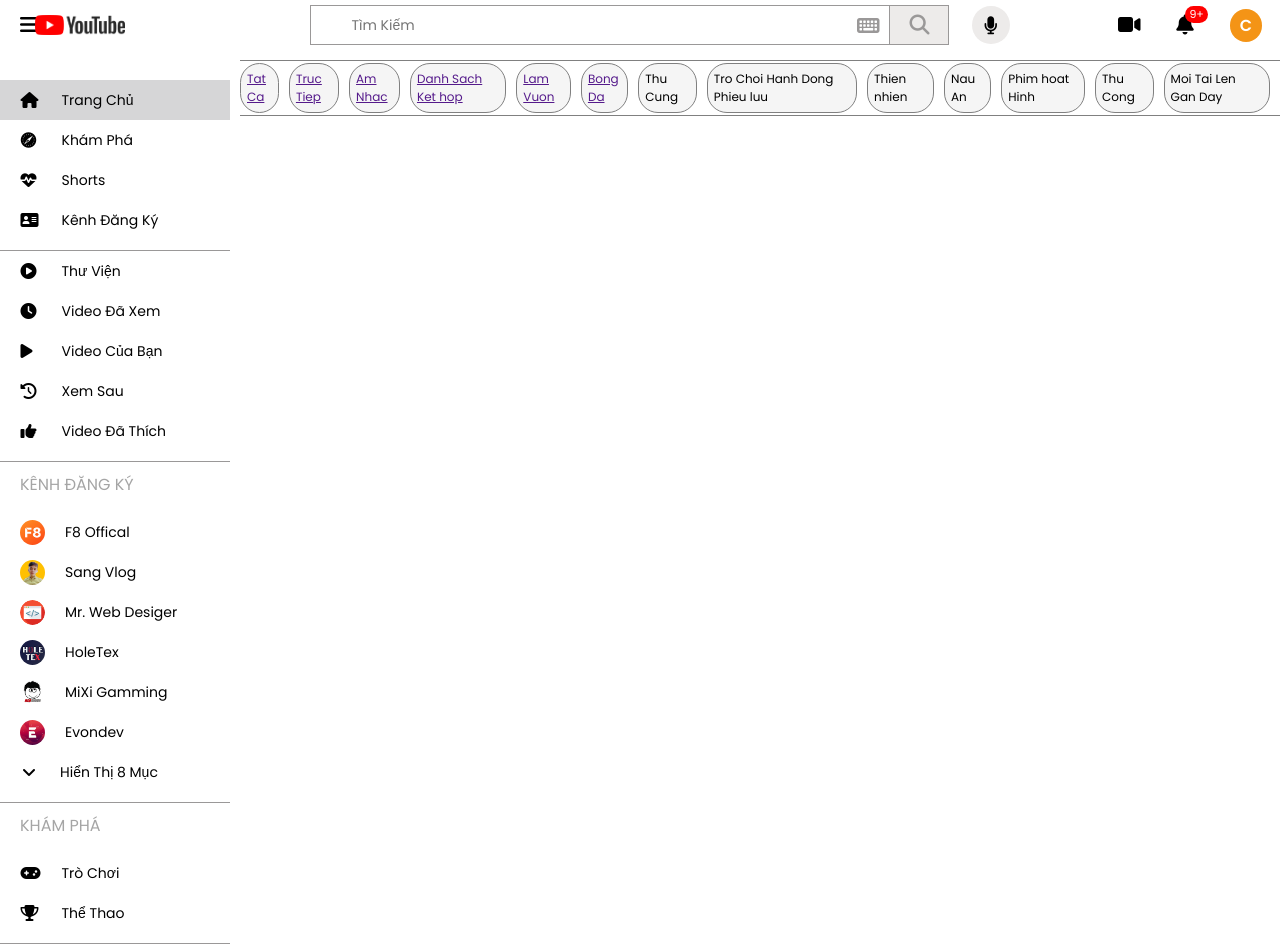
Repository: cuongcay/Clone_YB
Page: index.html
The author's editor kept a copy of each file at every save. The page is drawn from the files as they stood at one save, then again after a run of saves.
The browser window is 1280 px wide. The pictures show the whole page.
Some web libraries are served in a nearby version.

Above is the page before, as saved 2022-08-04 20:33:42.

After the next 2 saves:
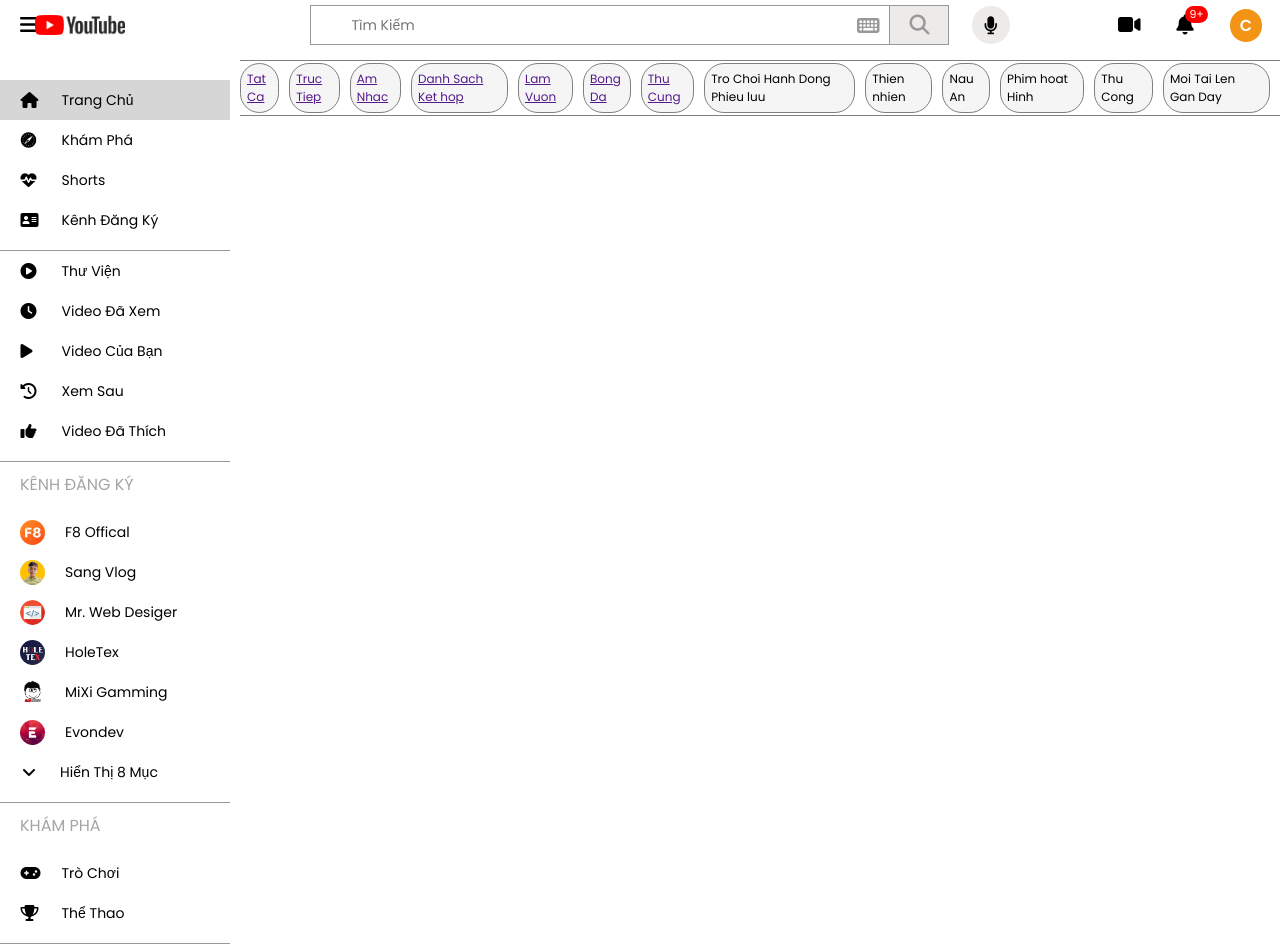
The 2 saves are shown as one change because they came seconds apart.
The last was saved 5 s later.
--- a/index.html
+++ b/index.html
@@ -372,7 +372,7 @@
                 <a href=""><span>Danh Sach Ket hop</span></a>
                 <a href=""><span>Lam Vuon</span></a>
                 <a href=""><span>Bong Da</span></a>
-                <span>Thu Cung</span>
+                <a href=""><span>Thu Cung</span></a>
                 <span>Tro Choi Hanh Dong Phieu luu</span>
                 <span>Thien nhien</span>
                 <span>Nau An</span>
